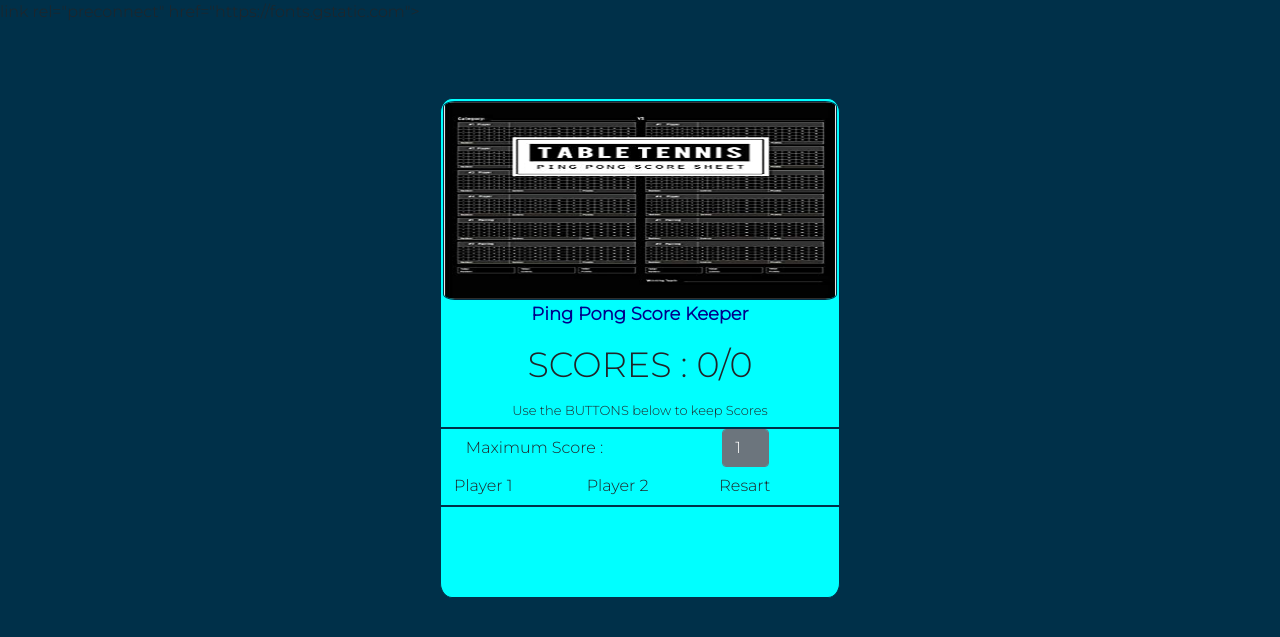
Repository: uditjain100/JavaScript-for-Web
Page: 9.Score Keeper Project/sk.html
The author's editor kept a copy of each file at every save. The page is drawn from the files as they stood at one save, then again after the next save.
The browser window is 1280 px wide. The pictures show the whole page.

Above is the page before, as saved 2021-01-22 21:39:21.

After the next save:
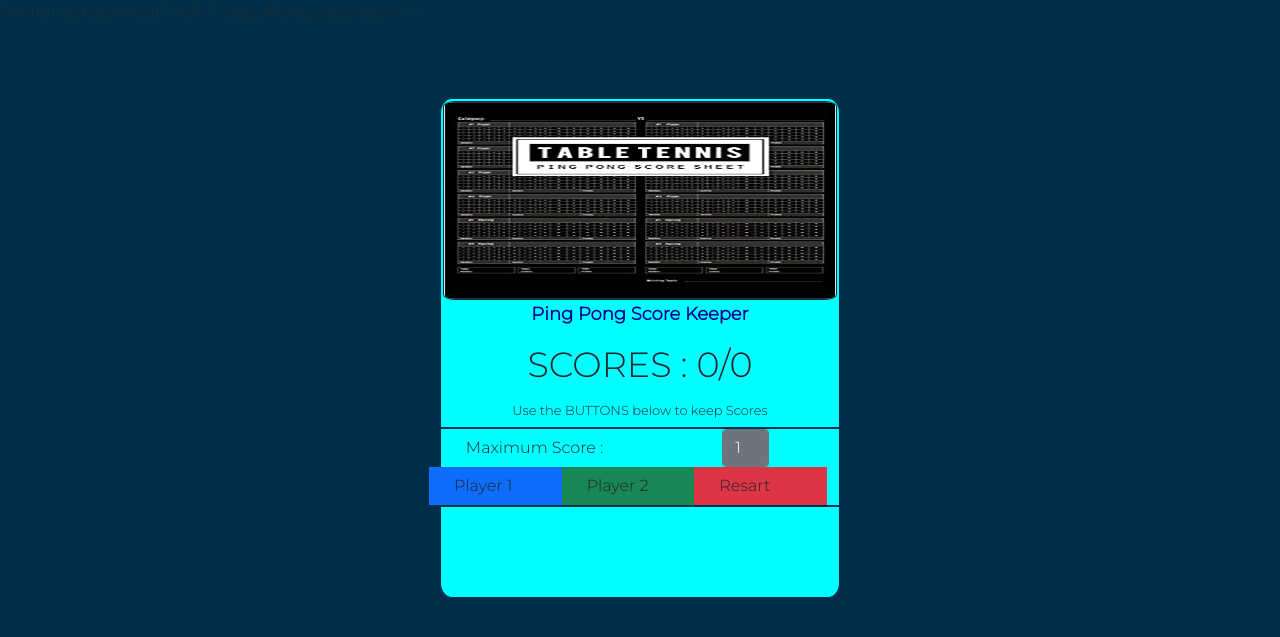
Saved 35 s later.
--- a/9.Score Keeper Project/sk.html
+++ b/9.Score Keeper Project/sk.html
@@ -54,11 +54,15 @@
           </div>
 
           <div class="row">
-            <div class="col-4">
+            <div class="col-4 bg-primary">
               <button class="btn">Player 1</button>
             </div>
-            <div class="col-4"><button class="btn">Player 2</button></div>
-            <div class="col-4"><button class="btn">Resart</button></div>
+            <div class="col-4 bg-success">
+              <button class="btn">Player 2</button>
+            </div>
+            <div class="col-4 bg-danger">
+              <button class="btn">Resart</button>
+            </div>
           </div>
         </div>
       </div>
